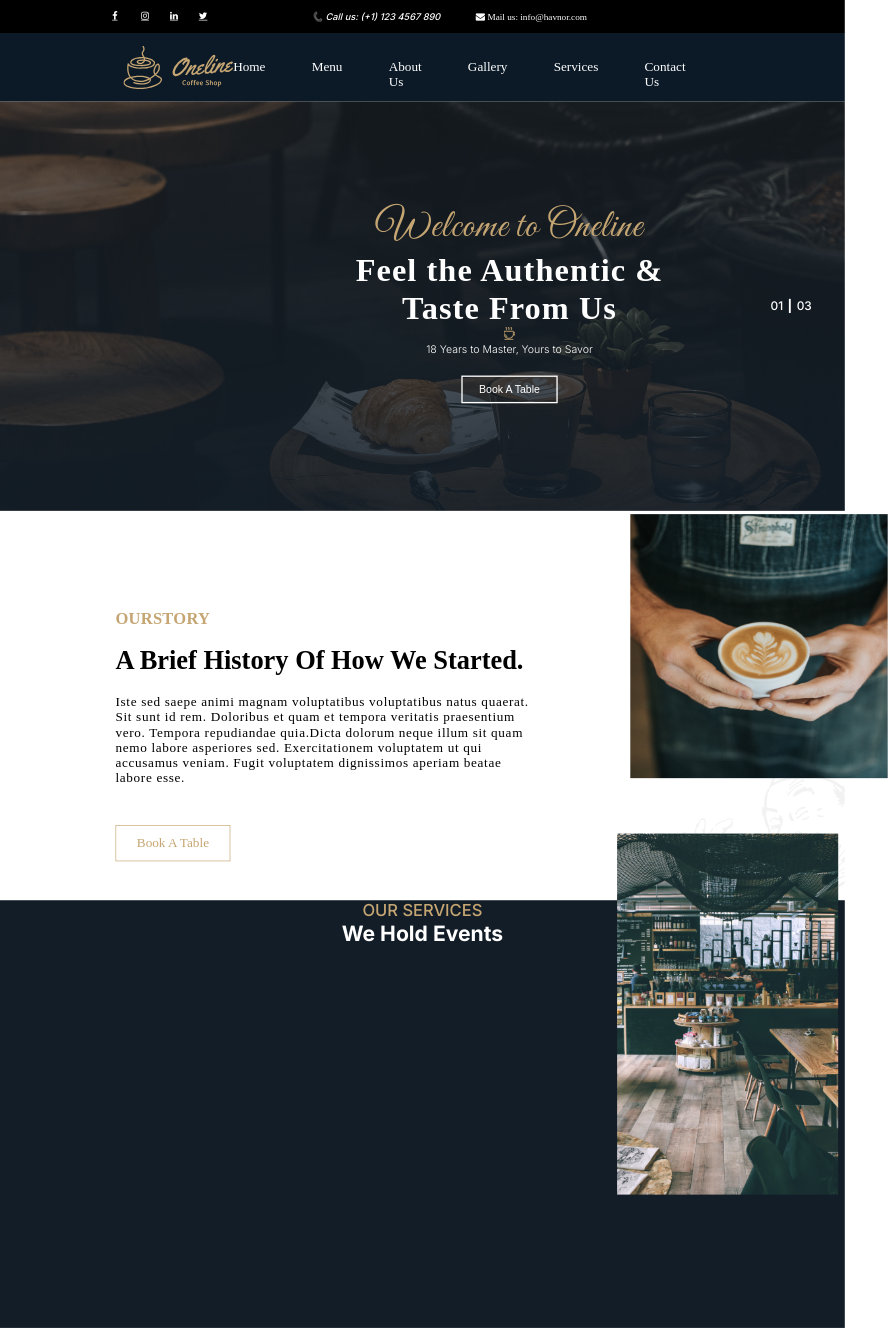
Repository: abhayzulasana/Online-Coffee-Shop
Page: index.html
These files come from the project's save history. The page is drawn as it stood at one moment and after a run of saves; the edit follows.
The browser window is 1280 px wide. The page is 1345 px wide, so the pictures cover 1345 px, including what lies to the right of the window. The pictures show the whole page, at 66% of full size.

Above is the page before, as saved 2025-05-21 13:39:59.

After the next 2 saves:
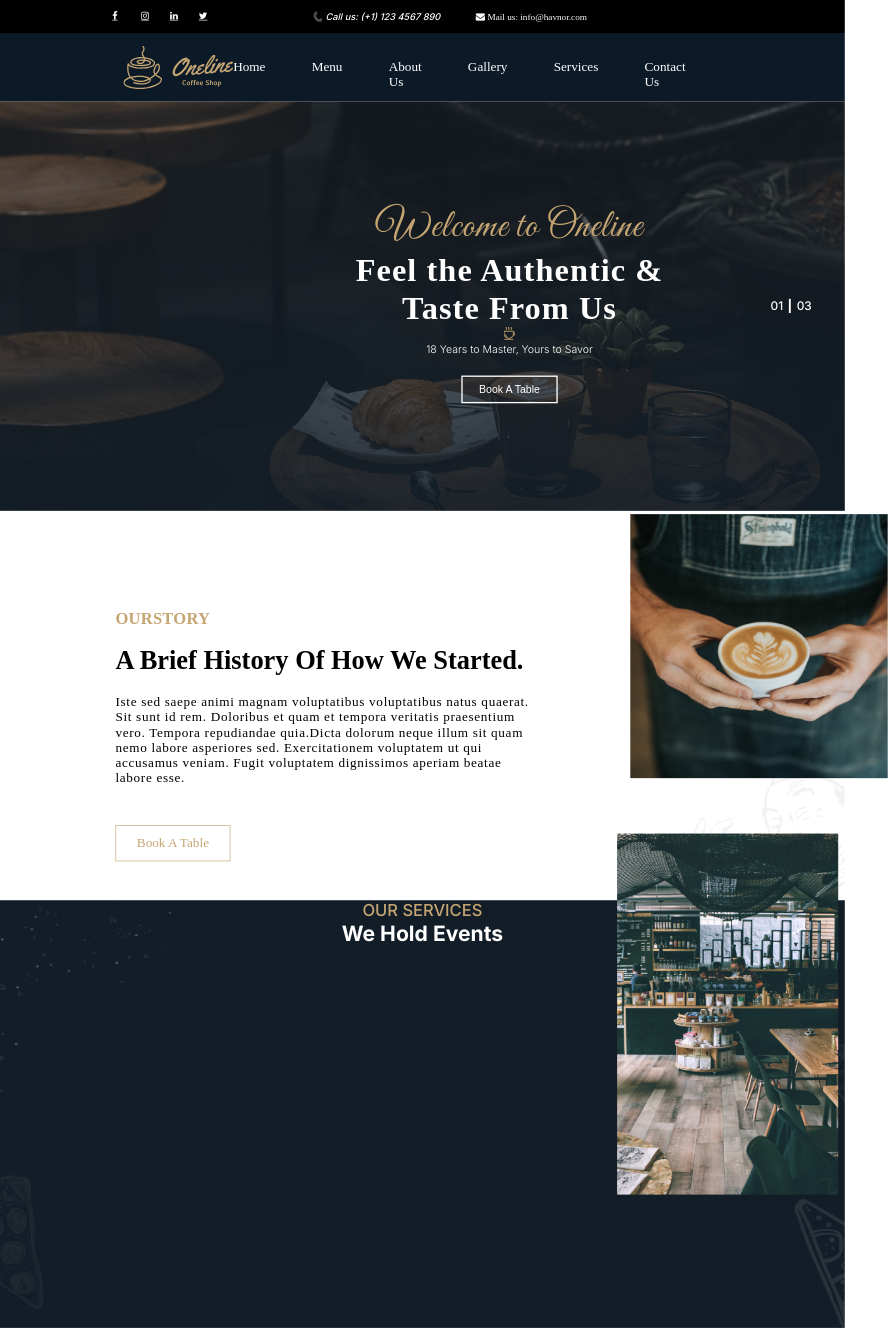
The 2 saves are shown as one change because they came seconds apart.
The last was saved 15 s later.
--- a/style.css
+++ b/style.css
@@ -282,8 +282,8 @@ opacity: 1;
   height: 90vh;
   background: url('img/ourserviceimg.png');
   background-repeat: no-repeat;
-  /* background-size: cover; */
-  background-position: center;
+  background-size: cover;
+  /* background-position: center; */
 }
 
 .section-title{
